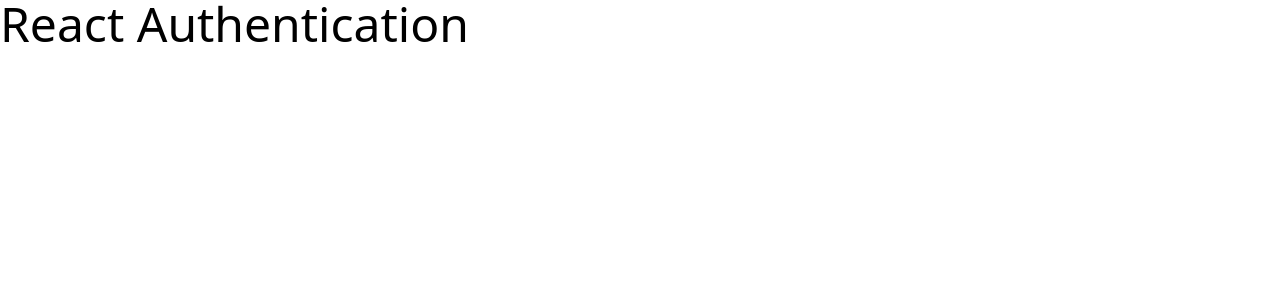
Repository: oderinde300/react-authentication-with-json-server
Page: /
These files come from the project's save history. The page is drawn as it stood at one moment and after a run of saves; the edit follows.
The browser window is 1280 px wide. The pictures show the whole page.
The project was rebuilt for these pictures with package versions that can differ from the ones it lists, and the page was loaded fresh each time. Also part of the build but not shown: src/App.css.

Above is the page before, as saved 2023-03-22 11:30:07.

### src/App.js
import "./App.css";

function App() {
  return (
    <div>
      <h1 className="text-5xl">React Authentication</h1>
    </div>
  );
}

export default App;

Loaded but not shown: public/index.html (common file); src/index.js (common file); src/index.css (common file); src/reportWebVitals.js (common file); tailwind.config.js (common file)

After the next 2 saves:
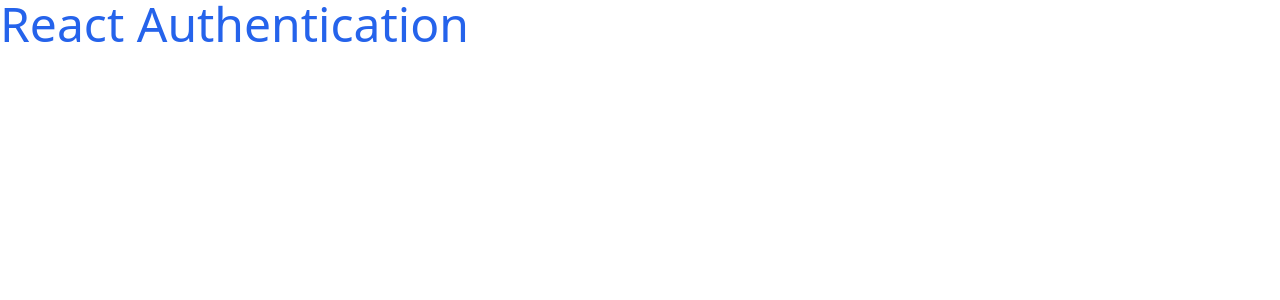
The 2 saves are shown as one change because they came seconds apart.
The last was saved 15 s later.
--- a/src/App.js
+++ b/src/App.js
@@ -3,7 +3,7 @@ import "./App.css";
 function App() {
   return (
     <div>
-      <h1 className="text-5xl">React Authentication</h1>
+      <h1 className="text-5xl text-blue-600">React Authentication</h1>
     </div>
   );
 }
